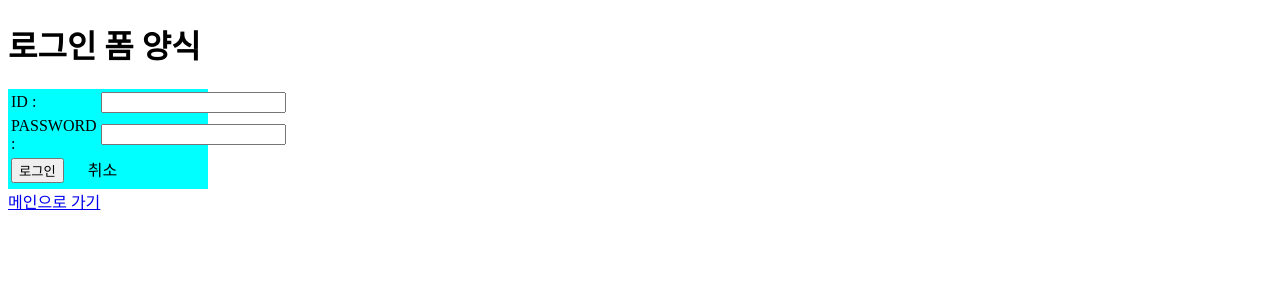
Repository: steeveelee2/WEB_Study
Page: webWorkspace/servlet1Project/web/views/loginForm.html
An editor plug-in stored every save of this project. The page is shown before and after the next save, followed by the edit.
The browser window is 1280 px wide. The pictures show the whole page.

Above is the page before, as saved 2018-10-10 03:46:30.

After the next save:
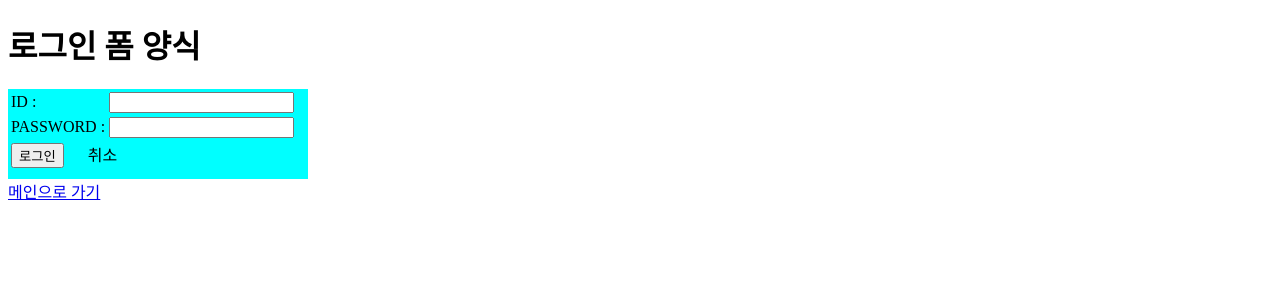
Saved 32 s later.
--- a/webWorkspace/servlet1Project/web/views/loginForm.html
+++ b/webWorkspace/servlet1Project/web/views/loginForm.html
@@ -5,8 +5,8 @@
 <title>로그인 폼 양식</title>
 <style>
 	#login{
-		width:200px;
-		height:100px;
+		width:300px;
+		height:90px;
 		background:cyan;
 	}
 </style>
